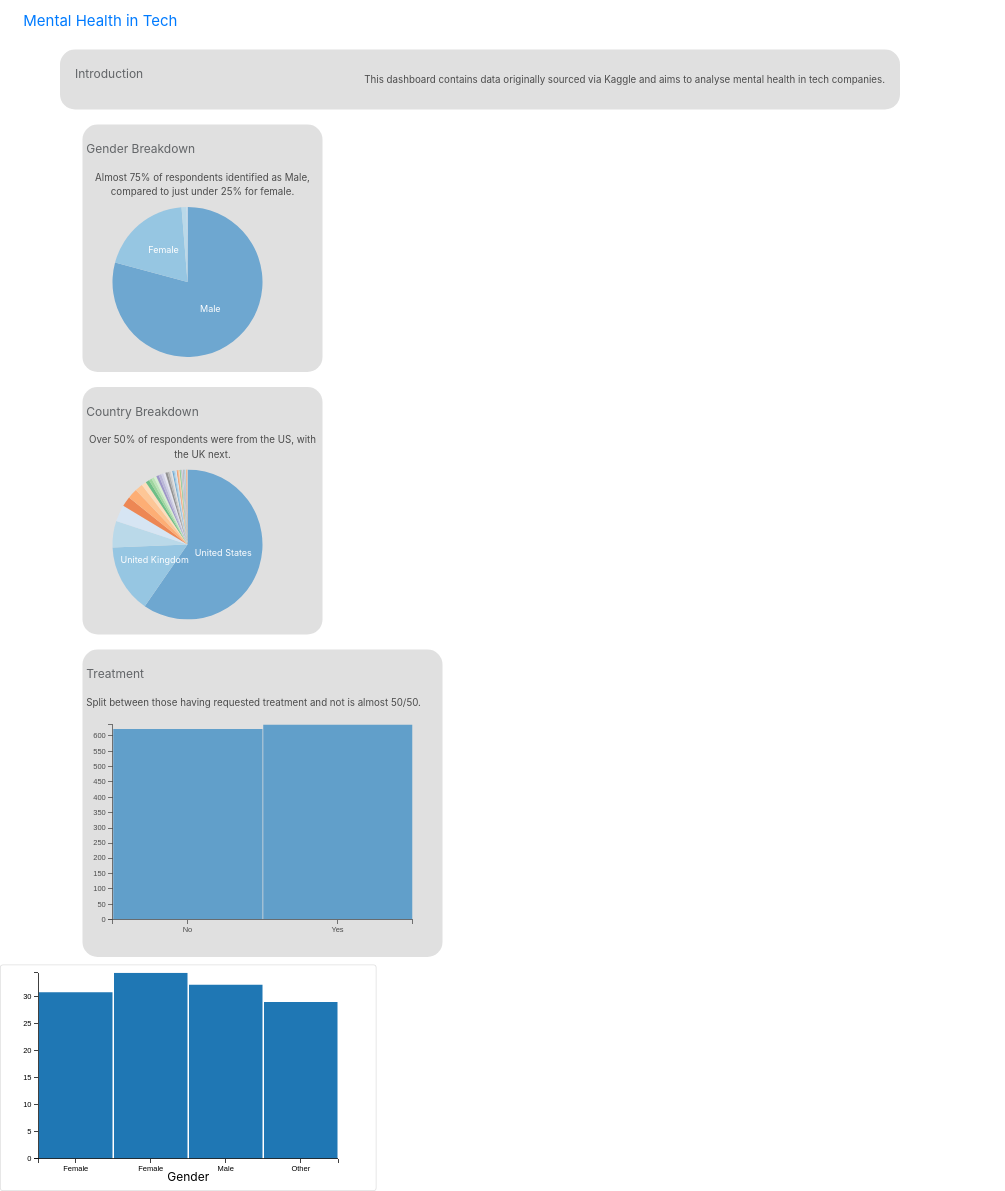
Repository: martingr1/mhdashboard
Page: index.html
The author's editor kept a record of every edit. The page is drawn from the files as they stood at one moment, then again after the next edit.
The browser window is 1280 px wide. The page is 1280 px wide, then 1340 px, then 1280 px, so the pictures cover 1340 px, including what lies to the right of the window. The pictures show the whole page, at 75% of full size.
Some web libraries are served in a nearby version.

Above is the page before.

### index.html
<html>

<head>

    <meta charset="UTF-8">
    <meta name="viewport" content="width=device-width, initial-scale=1.0">
    <meta http-equiv="X-UA-Compatible" content="ie=edge">
    <title>Mental Health in Tech</title>

    <link rel="stylesheet" href="static/css/bootstrap.min.css" type="text/css" />
    <link rel="stylesheet" href="static/css/dc.min.css" type="text/css" />
    <link rel="stylesheet" type="text/css" href="https://maxcdn.bootstrapcdn.com/font-awesome/4.7.0/css/font-awesome.min.css">
    <link rel="stylesheet" href="static/css/style.css" type="text/css" />


    <script type="text/javascript" src="static/js/d3.min.js"></script>
    <script type="text/javascript" src="static/js/crossfilter.min.js"></script>
    <script type="text/javascript" src="static/js/dc.min.js"></script>
    <script type="text/javascript" src="static/js/queue.min.js"></script>
    <script type="text/javascript" src="static/js/graph.js"></script>

</head>

<body>

    <nav class="navbar navbar-default">
        <div class="container-fluid">
            <div class="navbar-header">
                <a class="navbar-brand" href="#">Mental Health in Tech</a>
            </div>
        </div>
    </nav>

    <section class="section container">
        <div class="row">
            <article class="article col-lg-12">
                <div class="row text-center">
                    <div class="row intro-box">
                        <div class="text-center">Introduction</div>
                        <hr class="line">
                        <div>
                            <p class="chart-text">This dashboard contains data originally sourced via Kaggle and aims to analyse mental health in tech companies.</p>
                        </div>
                    </div>
                </div>
        </div>
        </article>

        <article class="article col-xs-12 col-sm-6 col-lg-4">
            <div class="row no-gutters text-center">
                <div class="row content-box">
                    <div class="row">
                        <div class="text-center">Gender Breakdown</div>
                        <hr class="line">
                        <div>
                            <p class="chart-text">Almost 75% of respondents identified as Male, compared to just under 25% for female.</p>
                        </div>
                        <div class="row">
                            <div class="chart" id="gender_breakdown"></div>
                        </div>
                    </div>
                </div>
            </div>
        </article>

        <article class="article col-xs-12 col-sm-6 col-lg-4">
            <div class="row no-gutters text-center">
                <div class="row content-box">
                    <div class="row">
                        <div class="text-center">Country Breakdown</div>
                        <hr class="line">
                        <div>
                            <p class="chart-text">Over 50% of respondents were from the US, with the UK next.</p>
                        </div>
                        <div class="row">
                            <div class="chart" id="country_breakdown"></div>
                        </div>
                    </div>
                </div>
        </article>

        <article class="article col-xs-12 col-sm-6 col-lg-4">
            <div class="row no-gutters text-center">
                <div class="row content-box">
                    <div class="row">
                        <div class="text-center">Treatment</div>
                        <hr class="line">
                        <div>
                            <p class="chart-text">Split between those having requested treatment and not is almost 50/50.</p>
                        </div>
                        <div class="row">
                            <div class="chart" id="treatment_chart"></div>
                        </div>
                    </div>
                </div>
        </article>
    </section>

    <div class="card" id="average_age"></div>


    <script src="https://code.jquery.com/jquery-3.2.1.js" integrity="sha256-DZAnKJ/6XZ9si04Hgrsxu/8s717jcIzLy3oi35EouyE=" crossorigin="anonymous"></script>

</body>

</html>

### static/css/style.css
.intro-box {
	box-sizing: border-box;
	border-radius: 20px;
	background-color: #D3D3D3;
	opacity: 0.7;
	text-align: center;
	content: align center;
	display: flex;
	flex-wrap: wrap;
	margin: 10px;
	padding: 20px;
	width: 100%;
	height: auto;
}

.content-box {
	box-sizing: border-box;
	border-radius: 20px;
	background-color: #D3D3D3;
	opacity: 0.7;
	text-align: center;
	content: align center;
	display: flex;
	flex-wrap: wrap;
	margin: 10px;
	padding: 20px;
	max-width: 1080px;
	height: auto;
}

.chart-text {
	font-size: small;
	color: black;
	margin: 10px 0;
}

.line {
	margin: 15px auto 15px;
	color: #FFFFFF;
	max-width: 240px;
}

### static/js/graph.js
queue()
    .defer(d3.csv, "data/mhsurvey.csv")
    .await(makeGraphs);

function makeGraphs(error, healthData) {

    var ndx = crossfilter(healthData);

    healthData.forEach(function(d) {
        d.age = parseInt(d.age);
    })

    show_gender_breakdown(ndx);
    show_country_breakdown(ndx);
    show_treatment_levels(ndx);
    show_average_age(ndx);

    dc.renderAll();
}

function show_gender_breakdown(ndx) {

    var dim = ndx.dimension(dc.pluck("gender"));
    var group = dim.group();

    dc.pieChart('#gender_breakdown')
        .height(200)
        .radius(480)
        .transitionDuration(500)
        .dimension(dim)
        .group(group);
}

function show_country_breakdown(ndx) {

    var dim = ndx.dimension(dc.pluck("country"));
    var group = dim.group();

    dc.pieChart('#country_breakdown')
        .height(200)
        .radius(480)
        .transitionDuration(500)
        .dimension(dim)
        .group(group);
}

function show_average_age(ndx) {

    var gender_dim = ndx.dimension(dc.pluck("gender"));

    var average_age = gender_dim.group().reduce(

        function(p, v) {
            p.count++;
            p.total += v.age;
            p.average = p.total / p.count;
            return p;
        },

        function(p, v) {
            p.count--;
            if (p.count == 0) {
                p.total = 0;
                p.average = 0;
            }
            else {
                p.total -= v.age;
                p.average = p.total / p.count;
            }
            return p;
        },

        function() {
            return { count: 0, total: 0, average: 0 };
        }
    );

    dc.barChart('#average_age')
        .width(500)
        .height(300)
        .margins({ top: 10, right: 50, bottom: 30, left: 50 })
        .dimension(gender_dim)
        .group(average_age)
        .valueAccessor(function(d) {
            return d.value.average;
        })
        .x(d3.scale.ordinal())
        .xUnits(dc.units.ordinal)
        .xAxisLabel("Gender")
}

function show_treatment_levels(ndx) {

    var dim = ndx.dimension(dc.pluck("treatment"));
    var group = dim.group();

    dc.barChart('#treatment_chart')
        .width(500)
        .height(300)
        .margins({ top: 10, right: 50, bottom: 30, left: 50 })
        .dimension(dim)
        .group(group)
        .x(d3.scale.ordinal())
        .xUnits(dc.units.ordinal)
}

Loaded but not shown: static/css/bootstrap.min.css (library); static/css/dc.min.css (library); static/js/d3.min.js (library); static/js/crossfilter.min.js (library); static/js/dc.min.js (library); static/js/queue.min.js (common file)

After the next edit:
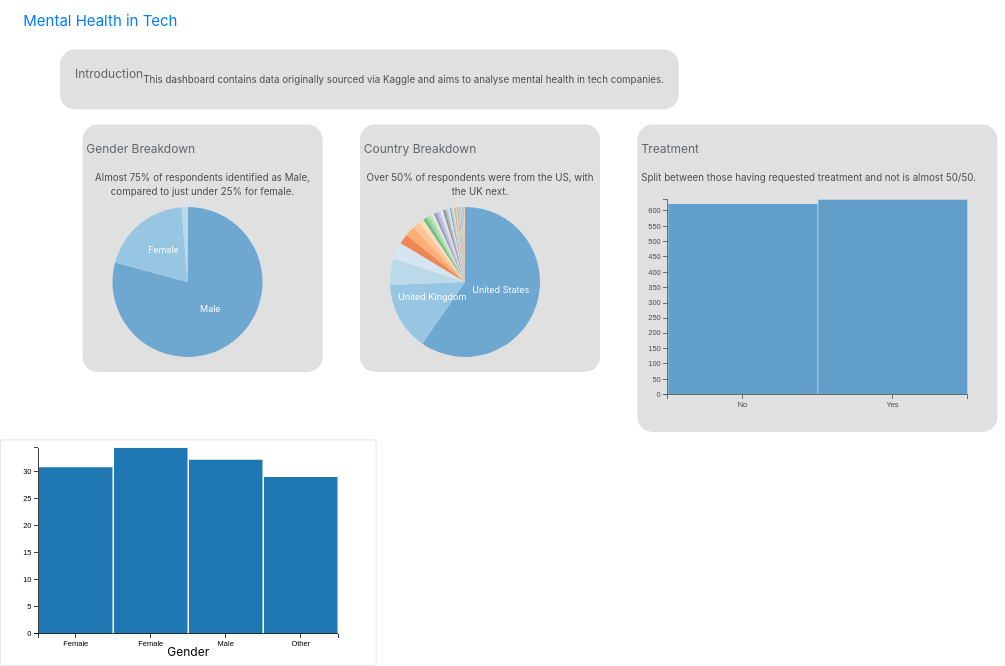
The edit:
--- a/static/css/style.css
+++ b/static/css/style.css
@@ -28,6 +28,11 @@
 	height: auto;
 }
 
+.section {
+	display: flex;
+	flex-wrap: wrap;
+}
+
 .chart-text {
 	font-size: small;
 	color: black;

After the edit that followed:
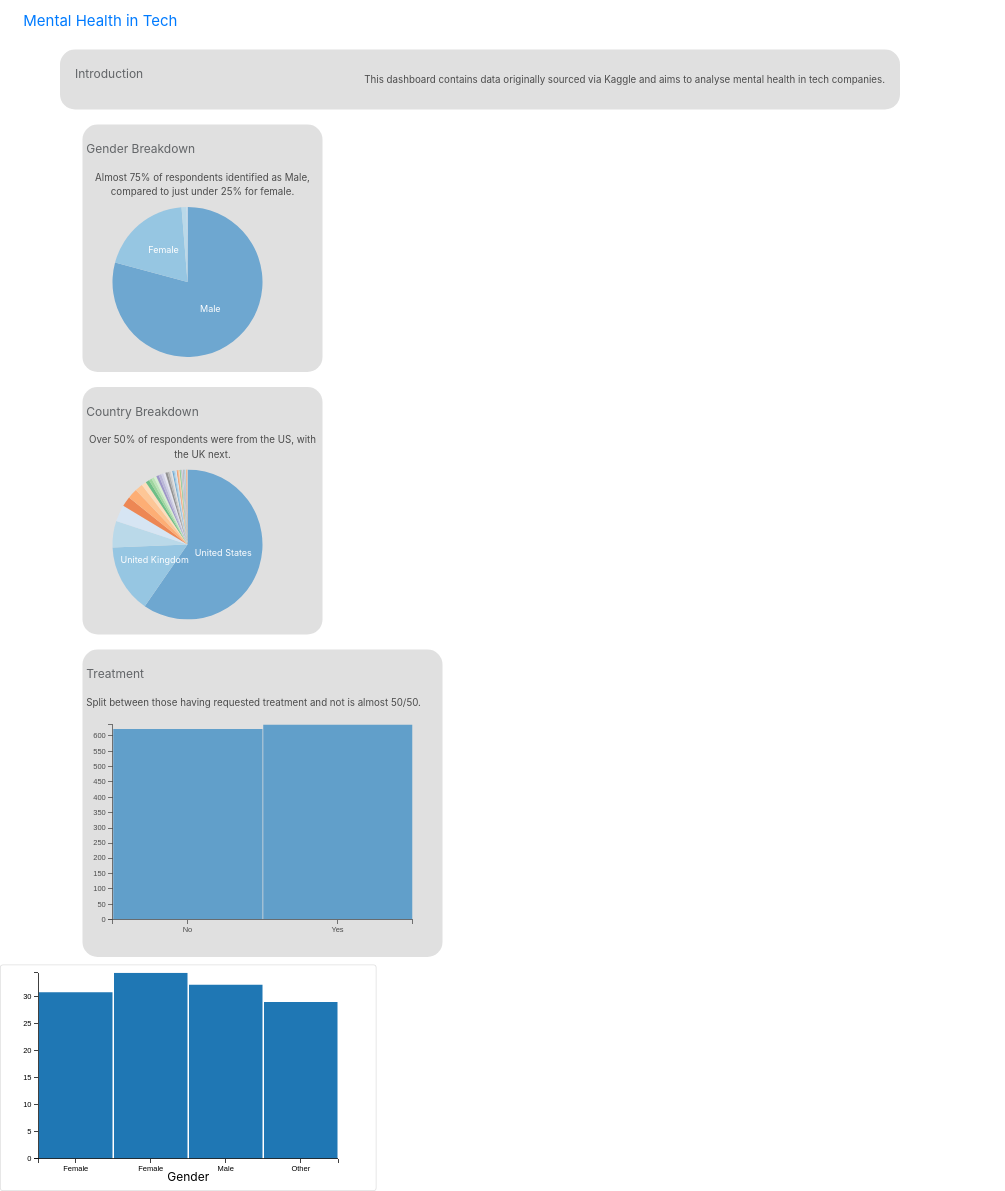
The edit:
--- a/static/css/style.css
+++ b/static/css/style.css
@@ -28,11 +28,6 @@
 	height: auto;
 }
 
-.section {
-	display: flex;
-	flex-wrap: wrap;
-}
-
 .chart-text {
 	font-size: small;
 	color: black;
